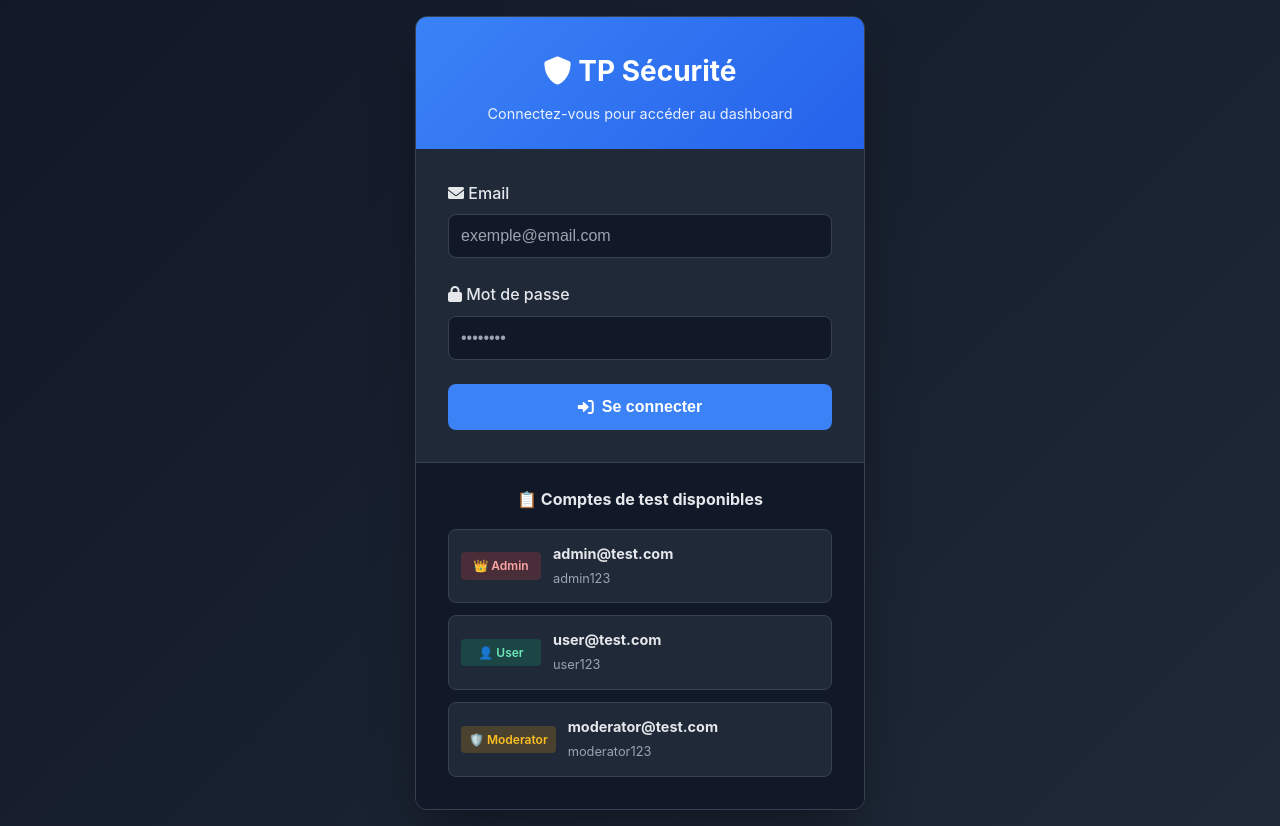
Repository: Yghlis/tp-secu
Page: public/login.html
An editor plug-in stored every save of this project. The page is shown before and after the next save, followed by the edit.
The browser window is 1280 px wide. The pictures show the whole page.

Above is the page before, as saved 2025-07-17 13:19:45.

### public/login.html
<!DOCTYPE html>
<html lang="fr">
<head>
    <meta charset="UTF-8">
    <meta name="viewport" content="width=device-width, initial-scale=1.0">
    <title>Connexion - TP Sécurité</title>
    <link rel="stylesheet" href="/css/style.css">
    <link href="https://cdnjs.cloudflare.com/ajax/libs/font-awesome/6.0.0/css/all.min.css" rel="stylesheet">
</head>
<body class="login-page">
    <div class="login-container">
        <div class="login-card">
            <div class="login-header">
                <h1><i class="fas fa-shield-alt"></i> TP Sécurité</h1>
                <p>Connectez-vous pour accéder au dashboard</p>
            </div>

            <form id="loginForm" class="login-form">
                <div class="form-group">
                    <label for="email">
                        <i class="fas fa-envelope"></i> Email
                    </label>
                    <input type="email" id="email" required placeholder="exemple@email.com">
                </div>

                <div class="form-group">
                    <label for="password">
                        <i class="fas fa-lock"></i> Mot de passe
                    </label>
                    <input type="password" id="password" required placeholder="••••••••">
                </div>

                <button type="submit" class="btn btn-primary btn-full" id="loginBtn">
                    <i class="fas fa-sign-in-alt"></i> Se connecter
                </button>
            </form>

            <div class="login-footer">
                <h3>📋 Comptes de test disponibles</h3>
                <div class="test-accounts">
                    <div class="account-card" onclick="fillLogin('admin@test.com', 'admin123')">
                        <div class="account-role admin">👑 Admin</div>
                        <div class="account-details">
                            <strong>admin@test.com</strong>
                            <small>admin123</small>
                        </div>
                    </div>

                    <div class="account-card" onclick="fillLogin('user@test.com', 'user123')">
                        <div class="account-role user">👤 User</div>
                        <div class="account-details">
                            <strong>user@test.com</strong>
                            <small>user123</small>
                        </div>
                    </div>

                    <div class="account-card" onclick="fillLogin('moderator@test.com', 'moderator123')">
                        <div class="account-role moderator">🛡️ Moderator</div>
                        <div class="account-details">
                            <strong>moderator@test.com</strong>
                            <small>moderator123</small>
                        </div>
                    </div>
                </div>
            </div>
        </div>
    </div>

    <!-- Notifications -->
    <div id="notifications" class="notifications"></div>

    <script src="/js/auth.js"></script>
</body>
</html>

### public/css/style.css
/* Reset and base styles */
* {
    margin: 0;
    padding: 0;
    box-sizing: border-box;
}

:root {
    --primary: #3b82f6;
    --primary-dark: #2563eb;
    --success: #10b981;
    --success-dark: #059669;
    --danger: #ef4444;
    --danger-dark: #dc2626;
    --warning: #f59e0b;
    --info: #0ea5e9;
    --secondary: #6b7280;
    --dark: #1f2937;
    --darker: #111827;
    --light: #f9fafb;
    --border: #374151;
    --text: #e5e7eb;
    --text-muted: #9ca3af;
    --shadow: 0 10px 15px -3px rgba(0, 0, 0, 0.3), 0 4px 6px -2px rgba(0, 0, 0, 0.15);
    --shadow-lg: 0 25px 50px -12px rgba(0, 0, 0, 0.4);
    --border-radius: 0.75rem;
    --transition: all 0.3s cubic-bezier(0.4, 0, 0.2, 1);
}

body {
    font-family: 'Inter', -apple-system, BlinkMacSystemFont, 'Segoe UI', Roboto, sans-serif;
    background: linear-gradient(135deg, var(--darker) 0%, var(--dark) 100%);
    color: var(--text);
    min-height: 100vh;
    line-height: 1.6;
}

.container {
    max-width: 1200px;
    margin: 0 auto;
    padding: 2rem;
    min-height: 100vh;
    display: flex;
    flex-direction: column;
}

/* Header */
.header {
    text-align: center;
    margin-bottom: 3rem;
    padding: 2rem 0;
    border-bottom: 1px solid var(--border);
}

.header h1 {
    font-size: 2.5rem;
    font-weight: 700;
    background: linear-gradient(45deg, var(--primary), var(--info));
    -webkit-background-clip: text;
    -webkit-text-fill-color: transparent;
    background-clip: text;
    margin-bottom: 0.5rem;
}

.subtitle {
    color: var(--text-muted);
    font-size: 1.1rem;
}

/* Dashboard Grid */
.dashboard {
    display: grid;
    grid-template-columns: repeat(auto-fit, minmax(350px, 1fr));
    gap: 2rem;
    margin-bottom: 3rem;
    flex: 1;
}

/* Cards */
.card {
    background: rgba(31, 41, 55, 0.8);
    backdrop-filter: blur(10px);
    border: 1px solid var(--border);
    border-radius: var(--border-radius);
    box-shadow: var(--shadow);
    transition: var(--transition);
    overflow: hidden;
}

.card:hover {
    transform: translateY(-4px);
    box-shadow: var(--shadow-lg);
    border-color: var(--primary);
}

.card-header {
    padding: 1.5rem;
    border-bottom: 1px solid var(--border);
    background: rgba(55, 65, 81, 0.5);
    display: flex;
    align-items: center;
    justify-content: space-between;
}

.card-header h2 {
    font-size: 1.25rem;
    font-weight: 600;
    color: var(--text);
    display: flex;
    align-items: center;
    gap: 0.5rem;
}

.card-content {
    padding: 1.5rem;
}

/* Status Indicator */
.status-indicator {
    display: flex;
    align-items: center;
    gap: 0.75rem;
    margin-bottom: 1rem;
    padding: 1rem;
    background: rgba(55, 65, 81, 0.3);
    border-radius: 0.5rem;
    border: 1px solid var(--border);
}

.status-dot {
    width: 12px;
    height: 12px;
    border-radius: 50%;
    background: var(--secondary);
    animation: pulse 2s infinite;
}

.status-dot.online {
    background: var(--success);
}

.status-dot.offline {
    background: var(--danger);
}

@keyframes pulse {
    0%, 100% { opacity: 1; }
    50% { opacity: 0.5; }
}

/* Form Elements */
.form-group {
    margin-bottom: 1rem;
}

.form-group label {
    display: block;
    margin-bottom: 0.5rem;
    font-weight: 500;
    color: var(--text);
}

.form-group input {
    width: 100%;
    padding: 0.75rem;
    background: rgba(55, 65, 81, 0.5);
    border: 1px solid var(--border);
    border-radius: 0.5rem;
    color: var(--text);
    font-size: 0.9rem;
    transition: var(--transition);
}

.form-group input:focus {
    outline: none;
    border-color: var(--primary);
    box-shadow: 0 0 0 3px rgba(59, 130, 246, 0.1);
}

.form-group input::placeholder {
    color: var(--text-muted);
}

/* Buttons */
.btn {
    display: inline-flex;
    align-items: center;
    gap: 0.5rem;
    padding: 0.75rem 1.5rem;
    border: none;
    border-radius: 0.5rem;
    font-weight: 500;
    font-size: 0.9rem;
    cursor: pointer;
    transition: var(--transition);
    text-decoration: none;
    justify-content: center;
    min-width: 120px;
}

.btn-primary {
    background: var(--primary);
    color: white;
}

.btn-primary:hover {
    background: var(--primary-dark);
    transform: translateY(-1px);
}

.btn-success {
    background: var(--success);
    color: white;
}

.btn-success:hover {
    background: var(--success-dark);
    transform: translateY(-1px);
}

.btn-info {
    background: var(--info);
    color: white;
}

.btn-info:hover {
    background: #0284c7;
    transform: translateY(-1px);
}

.btn-secondary {
    background: var(--secondary);
    color: white;
}

.btn-secondary:hover {
    background: #4b5563;
    transform: translateY(-1px);
}

.btn-close {
    background: transparent;
    color: var(--text-muted);
    border: 1px solid var(--border);
    padding: 0.5rem;
    width: 40px;
    height: 40px;
    border-radius: 0.5rem;
    min-width: auto;
}

.btn-close:hover {
    background: var(--danger);
    color: white;
    border-color: var(--danger);
}

.button-group {
    display: flex;
    gap: 0.75rem;
    flex-wrap: wrap;
}

/* Security Info */
.security-info {
    display: flex;
    flex-direction: column;
    gap: 0.75rem;
}

.security-item {
    display: flex;
    align-items: center;
    gap: 0.75rem;
    padding: 0.75rem;
    background: rgba(55, 65, 81, 0.3);
    border-radius: 0.5rem;
    border: 1px solid var(--border);
}

.text-success {
    color: var(--success);
}

.text-danger {
    color: var(--danger);
}

.text-info {
    color: var(--info);
}

/* Results Section */
.results {
    margin-top: 2rem;
}

.results .card {
    max-height: 400px;
}

.results .card-content {
    max-height: 300px;
    overflow-y: auto;
}

#results-content {
    background: var(--darker);
    padding: 1rem;
    border-radius: 0.5rem;
    color: var(--text);
    font-family: 'JetBrains Mono', 'Fira Code', monospace;
    font-size: 0.85rem;
    line-height: 1.4;
    white-space: pre-wrap;
    word-wrap: break-word;
    border: 1px solid var(--border);
}

/* Footer */
.footer {
    text-align: center;
    padding: 2rem 0;
    margin-top: auto;
    border-top: 1px solid var(--border);
    color: var(--text-muted);
}

/* Loading Animation */
.loading {
    opacity: 0.6;
    pointer-events: none;
}

.btn.loading::after {
    content: '';
    width: 16px;
    height: 16px;
    border: 2px solid transparent;
    border-top: 2px solid currentColor;
    border-radius: 50%;
    animation: spin 1s linear infinite;
    margin-left: 0.5rem;
}

@keyframes spin {
    from { transform: rotate(0deg); }
    to { transform: rotate(360deg); }
}

/* Responsive Design */
@media (max-width: 768px) {
    .container {
        padding: 1rem;
    }

    .header h1 {
        font-size: 2rem;
    }

    .dashboard {
        grid-template-columns: 1fr;
        gap: 1.5rem;
    }

    .button-group {
        flex-direction: column;
    }

    .btn {
        width: 100%;
    }
}

@media (max-width: 480px) {
    .header h1 {
        font-size: 1.75rem;
    }

    .card-header, .card-content {
        padding: 1rem;
    }
}

/* ===== NOUVELLES PAGES - AUTHENTIFICATION ET NAVIGATION ===== */

/* Page de chargement */
.loading-container {
    display: flex;
    align-items: center;
    justify-content: center;
    min-height: 100vh;
    background: linear-gradient(135deg, var(--darker) 0%, var(--dark) 100%);
}

.loading-content {
    text-align: center;
    color: var(--text);
}

.loading-content i {
    color: var(--primary);
    margin-bottom: 1rem;
}

.loading-content h2 {
    margin-bottom: 0.5rem;
    font-size: 1.5rem;
}

.loading-content p {
    color: var(--text-muted);
}

/* Page de connexion */
.login-page {
    display: flex;
    align-items: center;
    justify-content: center;
    min-height: 100vh;
    padding: 1rem;
}

.login-container {
    width: 100%;
    max-width: 450px;
}

.login-card {
    background: var(--dark);
    border-radius: var(--border-radius);
    box-shadow: var(--shadow-lg);
    overflow: hidden;
    border: 1px solid var(--border);
}

.login-header {
    text-align: center;
    padding: 2rem 2rem 1.5rem;
    background: linear-gradient(135deg, var(--primary) 0%, var(--primary-dark) 100%);
    color: white;
}

.login-header h1 {
    font-size: 1.75rem;
    margin-bottom: 0.5rem;
    font-weight: 700;
}

.login-header p {
    opacity: 0.9;
    font-size: 0.9rem;
}

.login-form {
    padding: 2rem;
}

.login-form .form-group {
    margin-bottom: 1.5rem;
}

.login-form label {
    display: block;
    margin-bottom: 0.5rem;
    font-weight: 500;
    color: var(--text);
}

.login-form input {
    width: 100%;
    padding: 0.75rem;
    border: 1px solid var(--border);
    border-radius: 0.5rem;
    background: var(--darker);
    color: var(--text);
    font-size: 1rem;
    transition: var(--transition);
}

.login-form input:focus {
    outline: none;
    border-color: var(--primary);
    box-shadow: 0 0 0 3px rgba(59, 130, 246, 0.1);
}

.btn-full {
    width: 100%;
    padding: 0.875rem;
    font-size: 1rem;
    font-weight: 600;
}

.login-footer {
    padding: 1.5rem 2rem 2rem;
    background: var(--darker);
    border-top: 1px solid var(--border);
}

.login-footer h3 {
    font-size: 1rem;
    margin-bottom: 1rem;
    color: var(--text);
    text-align: center;
}

.test-accounts {
    display: flex;
    flex-direction: column;
    gap: 0.75rem;
}

.account-card {
    display: flex;
    align-items: center;
    padding: 0.75rem;
    background: var(--dark);
    border: 1px solid var(--border);
    border-radius: 0.5rem;
    cursor: pointer;
    transition: var(--transition);
}

.account-card:hover {
    background: var(--border);
    transform: translateY(-1px);
}

.account-role {
    padding: 0.25rem 0.5rem;
    border-radius: 0.25rem;
    font-size: 0.75rem;
    font-weight: 600;
    margin-right: 0.75rem;
    min-width: 80px;
    text-align: center;
}

.account-role.admin {
    background: rgba(239, 68, 68, 0.2);
    color: #fca5a5;
}

.account-role.user {
    background: rgba(16, 185, 129, 0.2);
    color: #6ee7b7;
}

.account-role.moderator {
    background: rgba(245, 158, 11, 0.2);
    color: #fbbf24;
}

.account-details {
    flex: 1;
}

.account-details strong {
    display: block;
    color: var(--text);
    font-size: 0.9rem;
}

.account-details small {
    color: var(--text-muted);
    font-size: 0.8rem;
}

/* Navigation */
.navbar {
    background: var(--dark);
    border-bottom: 1px solid var(--border);
    padding: 1rem 2rem;
    display: flex;
    align-items: center;
    justify-content: space-between;
    box-shadow: var(--shadow);
    position: sticky;
    top: 0;
    z-index: 100;
}

.nav-brand {
    font-size: 1.25rem;
    font-weight: 700;
    color: var(--primary);
}

.nav-menu {
    display: flex;
    align-items: center;
    gap: 1.5rem;
}

.nav-link {
    display: flex;
    align-items: center;
    gap: 0.5rem;
    padding: 0.5rem 1rem;
    color: var(--text-muted);
    text-decoration: none;
    border-radius: 0.5rem;
    transition: var(--transition);
    position: relative;
}

.nav-link:hover {
    color: var(--text);
    background: var(--border);
}

.nav-link.active {
    color: var(--primary);
    background: rgba(59, 130, 246, 0.1);
}

.nav-link.logout {
    color: var(--danger);
}

.nav-link.logout:hover {
    background: rgba(239, 68, 68, 0.1);
}

.badge {
    background: var(--primary);
    color: white;
    font-size: 0.75rem;
    padding: 0.125rem 0.375rem;
    border-radius: 9999px;
    font-weight: 600;
    min-width: 1.25rem;
    text-align: center;
}

.user-info {
    display: flex;
    align-items: center;
    gap: 0.75rem;
    color: var(--text);
    font-size: 0.9rem;
}

.role-badge {
    padding: 0.25rem 0.5rem;
    border-radius: 0.25rem;
    font-size: 0.75rem;
    font-weight: 600;
}

.role-badge.admin {
    background: rgba(239, 68, 68, 0.2);
    color: #fca5a5;
}

.role-badge.user {
    background: rgba(16, 185, 129, 0.2);
    color: #6ee7b7;
}

.role-badge.moderator {
    background: rgba(245, 158, 11, 0.2);
    color: #fbbf24;
}

/* Page header */
.page-header {
    text-align: center;
    margin-bottom: 2rem;
    padding: 2rem 0;
}

.page-header h1 {
    font-size: 2.5rem;
    margin-bottom: 0.5rem;
    color: var(--text);
    font-weight: 700;
}

.page-header p {
    color: var(--text-muted);
    font-size: 1.1rem;
}

/* Films et Wishlist */
.filters-section {
    margin-bottom: 2rem;
    background: var(--dark);
    border-radius: var(--border-radius);
    padding: 1.5rem;
    border: 1px solid var(--border);
}

.filters {
    display: flex;
    gap: 1rem;
    align-items: center;
    flex-wrap: wrap;
}

.filters select,
.filters input[type="text"] {
    padding: 0.5rem;
    border: 1px solid var(--border);
    border-radius: 0.5rem;
    background: var(--darker);
    color: var(--text);
    font-size: 0.9rem;
}

.filters input[type="range"] {
    flex: 1;
    max-width: 200px;
}

.filters label {
    color: var(--text);
    font-size: 0.9rem;
    font-weight: 500;
}

.loading {
    text-align: center;
    padding: 3rem;
    color: var(--text-muted);
    font-size: 1.1rem;
}

.loading i {
    color: var(--primary);
    margin-right: 0.5rem;
}

.films-grid {
    display: grid;
    grid-template-columns: repeat(auto-fill, minmax(320px, 1fr));
    gap: 1.5rem;
    margin-bottom: 2rem;
}

.film-card {
    background: var(--dark);
    border-radius: var(--border-radius);
    overflow: hidden;
    box-shadow: var(--shadow);
    border: 1px solid var(--border);
    transition: var(--transition);
}

.film-card:hover {
    transform: translateY(-2px);
    box-shadow: var(--shadow-lg);
}

.film-poster {
    background: var(--darker);
    padding: 2rem;
    text-align: center;
    color: var(--text-muted);
    border-bottom: 1px solid var(--border);
}

.film-info {
    padding: 1.5rem;
}

.film-title {
    font-size: 1.25rem;
    font-weight: 600;
    margin-bottom: 0.5rem;
    color: var(--text);
}

.film-description {
    color: var(--text-muted);
    margin-bottom: 1rem;
    line-height: 1.5;
    font-size: 0.9rem;
}

.film-meta {
    display: flex;
    flex-wrap: wrap;
    gap: 0.75rem;
    margin-bottom: 1rem;
}

.film-genre,
.film-year,
.film-rating {
    display: flex;
    align-items: center;
    gap: 0.25rem;
    color: var(--text-muted);
    font-size: 0.85rem;
}

.film-rating {
    color: var(--warning);
}

.film-actions {
    padding: 0 1.5rem 1.5rem;
}

.wishlist-btn {
    width: 100%;
}

.no-results {
    text-align: center;
    padding: 3rem;
    color: var(--text-muted);
    grid-column: 1 / -1;
}

.no-results i {
    margin-bottom: 1rem;
    opacity: 0.5;
}

.no-results h3 {
    margin-bottom: 0.5rem;
    color: var(--text);
}

/* Modal */
.modal {
    display: none;
    position: fixed;
    z-index: 1000;
    left: 0;
    top: 0;
    width: 100%;
    height: 100%;
    background-color: rgba(0, 0, 0, 0.8);
    backdrop-filter: blur(4px);
}

.modal-content {
    background: var(--dark);
    margin: 5% auto;
    border-radius: var(--border-radius);
    max-width: 800px;
    max-height: 80vh;
    overflow: hidden;
    border: 1px solid var(--border);
    box-shadow: var(--shadow-lg);
}

.modal-header {
    display: flex;
    justify-content: space-between;
    align-items: center;
    padding: 1.5rem 2rem;
    border-bottom: 1px solid var(--border);
    background: var(--darker);
}

.modal-header h2 {
    color: var(--text);
    font-size: 1.5rem;
    font-weight: 600;
}

.close {
    color: var(--text-muted);
    font-size: 2rem;
    font-weight: bold;
    cursor: pointer;
    transition: var(--transition);
    line-height: 1;
}

.close:hover {
    color: var(--text);
}

.modal-body {
    padding: 2rem;
    max-height: 60vh;
    overflow-y: auto;
}

.empty-wishlist {
    text-align: center;
    padding: 2rem;
    color: var(--text-muted);
}

.empty-wishlist i {
    margin-bottom: 1rem;
    opacity: 0.5;
}

.empty-wishlist h3 {
    margin-bottom: 0.5rem;
    color: var(--text);
}

.empty-wishlist p {
    margin-bottom: 1.5rem;
}

.wishlist-stats {
    margin-bottom: 1.5rem;
    padding: 1rem;
    background: var(--darker);
    border-radius: 0.5rem;
    border: 1px solid var(--border);
}

.wishlist-stats h4 {
    color: var(--text);
    font-weight: 600;
}

.wishlist-films {
    display: flex;
    flex-direction: column;
    gap: 1rem;
}

.wishlist-item {
    display: flex;
    gap: 1rem;
    padding: 1rem;
    background: var(--darker);
    border-radius: 0.5rem;
    border: 1px solid var(--border);
}

.wishlist-item .film-info {
    flex: 1;
    padding: 0;
}

.wishlist-item .film-info h4 {
    color: var(--text);
    margin-bottom: 0.5rem;
}

.wishlist-item .film-info p {
    color: var(--text-muted);
    font-size: 0.9rem;
    margin-bottom: 0.5rem;
}

.wishlist-item .film-meta {
    margin-bottom: 0.5rem;
}

.added-date {
    color: var(--text-muted);
    font-size: 0.8rem;
}

.wishlist-item .film-actions {
    padding: 0;
    display: flex;
    align-items: flex-start;
}

.btn-sm {
    padding: 0.375rem 0.75rem;
    font-size: 0.85rem;
}

/* Stats grid */
.stats-grid {
    display: grid;
    grid-template-columns: repeat(auto-fit, minmax(120px, 1fr));
    gap: 1rem;
    margin-bottom: 1rem;
}

.stat-item {
    text-align: center;
    padding: 1rem;
    background: var(--darker);
    border-radius: 0.5rem;
    border: 1px solid var(--border);
}

.stat-item i {
    color: var(--primary);
    margin-bottom: 0.5rem;
    font-size: 1.5rem;
}

.stat-item span {
    display: block;
    font-size: 1.5rem;
    font-weight: 700;
    color: var(--text);
    margin-bottom: 0.25rem;
}

.stat-item small {
    color: var(--text-muted);
    font-size: 0.8rem;
}

/* Responsive */
@media (max-width: 768px) {
    .navbar {
        flex-direction: column;
        gap: 1rem;
        padding: 1rem;
    }

    .nav-menu {
        order: 2;
        flex-wrap: wrap;
        justify-content: center;
    }

    .user-info {
        order: 1;
    }

    .filters {
        flex-direction: column;
        align-items: stretch;
    }

    .filters input[type="range"] {
        max-width: none;
    }

    .films-grid {
        grid-template-columns: 1fr;
    }

    .modal-content {
        margin: 2% auto;
        max-width: 95%;
    }

    .wishlist-item {
        flex-direction: column;
    }

    .stats-grid {
        grid-template-columns: repeat(2, 1fr);
    }
}

@media (max-width: 480px) {
    .page-header h1 {
        font-size: 2rem;
    }

    .login-card {
        margin: 1rem;
    }

    .test-accounts {
        gap: 0.5rem;
    }

    .account-card {
        flex-direction: column;
        text-align: center;
        gap: 0.5rem;
    }

    .nav-menu {
        gap: 0.5rem;
    }

    .nav-link {
        padding: 0.375rem 0.75rem;
        font-size: 0.85rem;
    }
}

Loaded but not shown: public/js/auth.js (246 lines, source omitted)

After the next save:
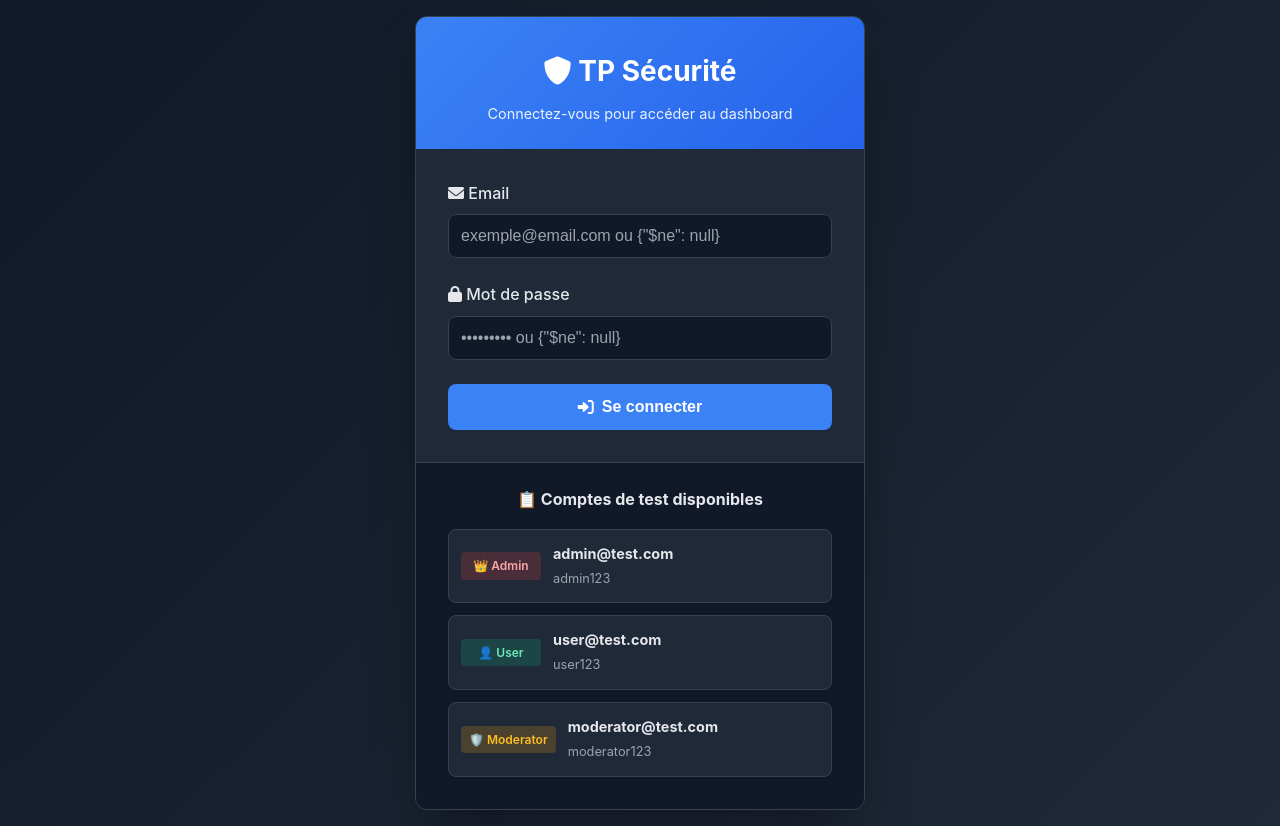
Saved 12 min 0 s later.
--- a/public/login.html
+++ b/public/login.html
@@ -15,19 +15,19 @@
                 <p>Connectez-vous pour accéder au dashboard</p>
             </div>
 
-            <form id="loginForm" class="login-form">
+            <form id="loginForm" class="login-form" novalidate>
                 <div class="form-group">
                     <label for="email">
                         <i class="fas fa-envelope"></i> Email
                     </label>
-                    <input type="email" id="email" required placeholder="exemple@email.com">
+                    <input type="text" id="email" placeholder='exemple@email.com ou {"$ne": null}'>
                 </div>
 
                 <div class="form-group">
                     <label for="password">
                         <i class="fas fa-lock"></i> Mot de passe
                     </label>
-                    <input type="password" id="password" required placeholder="••••••••">
+                    <input type="text" id="password" placeholder='••••••••• ou {"$ne": null}'>
                 </div>
 
                 <button type="submit" class="btn btn-primary btn-full" id="loginBtn">
